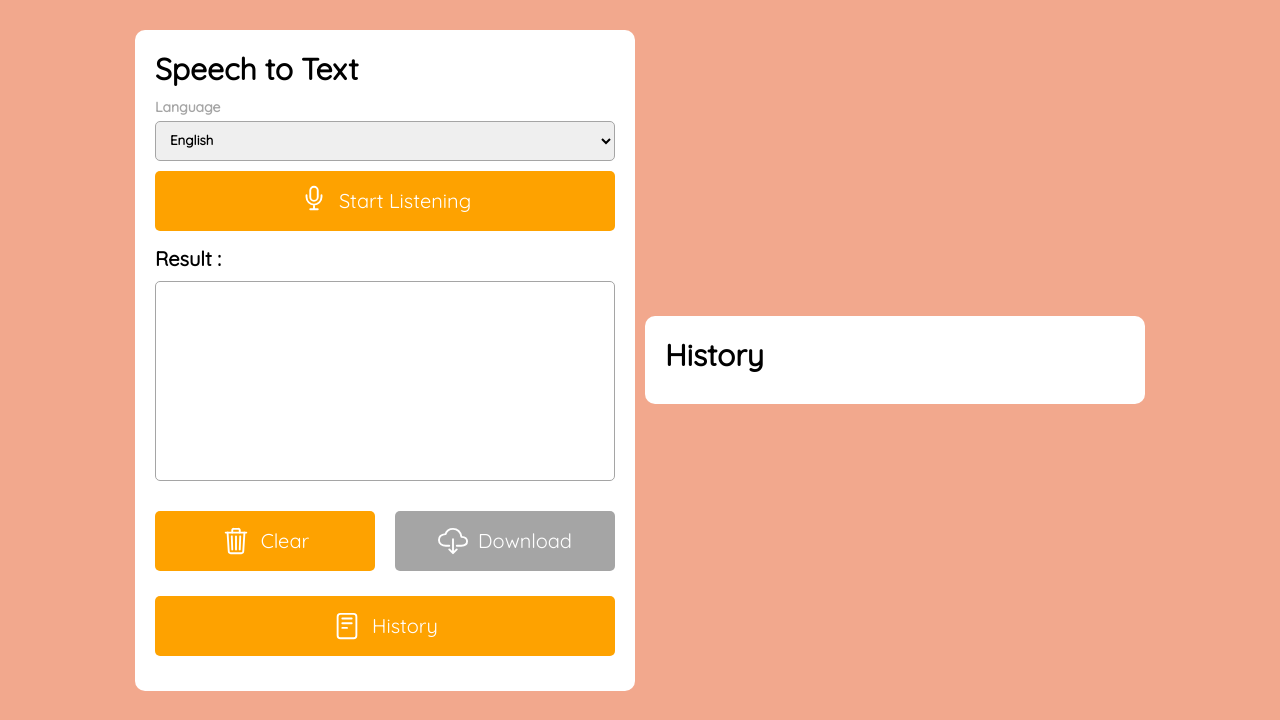
Repository: tsthuy/SpeechToText
Page: index.html
These files come from the project's save history. The page is drawn as it stood at one moment and after the next save; the edit follows.
The browser window is 1280 px wide. The pictures show the whole page.

Above is the page before, as saved 2023-08-28 05:01:32.

After the next save:
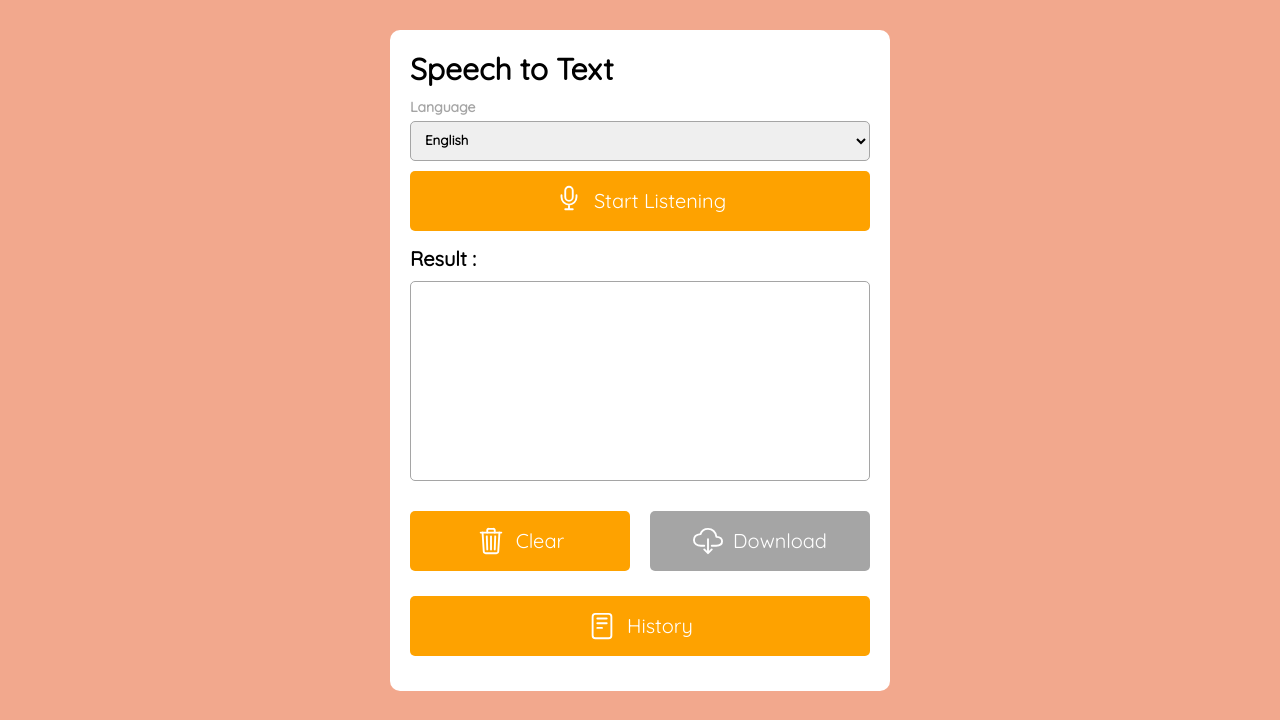
Saved 21 s later.
--- a/style.css
+++ b/style.css
@@ -114,3 +114,7 @@ body {
   display: flex;
   gap: 20px;
 }
+.history
+{
+  display: none;
+}
